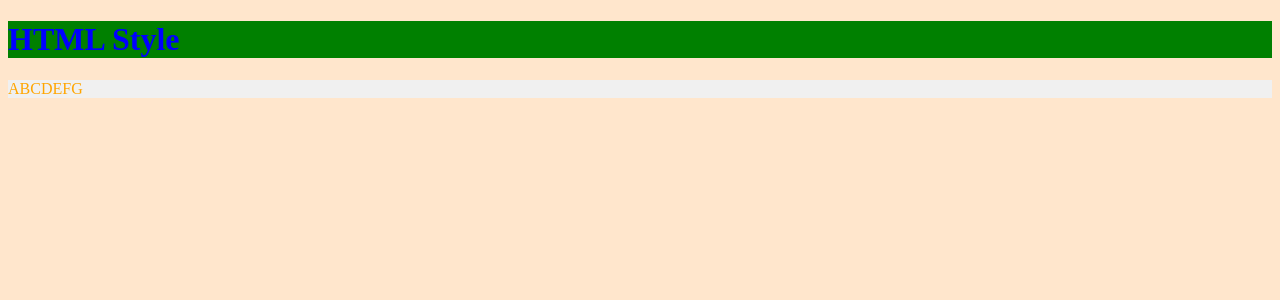
Repository: XenosJM/WEB_CODES
Page: Web01_HTML/src/main/webapp/03_style.html
An editor plug-in stored every save of this project. The page is shown before and after the next save, followed by the edit.
The browser window is 1280 px wide. The pictures show the whole page.

Above is the page before, as saved 2024-03-19 03:20:29.

After the next save:
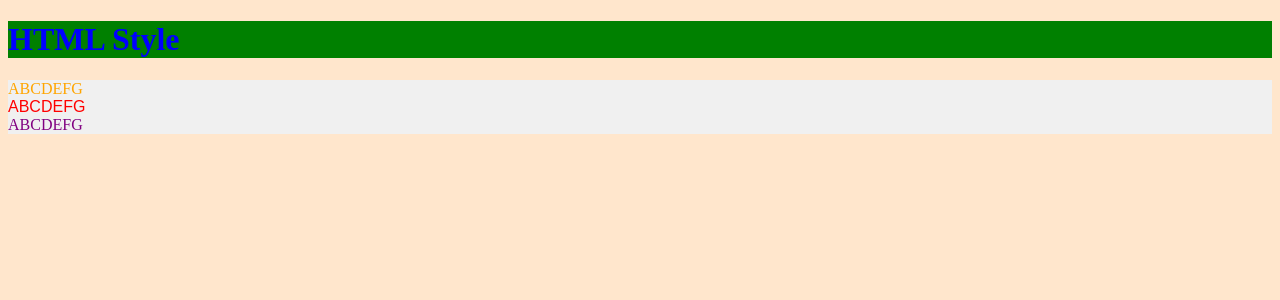
Saved 43 s later.
--- a/Web01_HTML/src/main/webapp/03_style.html
+++ b/Web01_HTML/src/main/webapp/03_style.html
@@ -11,6 +11,8 @@
 	<div style="background-color: #f0f0f0;
 	font-family: 궁서체;">
 		<div style="color : orange; font-family: serif">ABCDEFG</div>
+		<div style="color : red; font-family: sans-serif">ABCDEFG</div>
+		<div style="color : purple;">ABCDEFG</div>
 	</div>
 
 </body>
